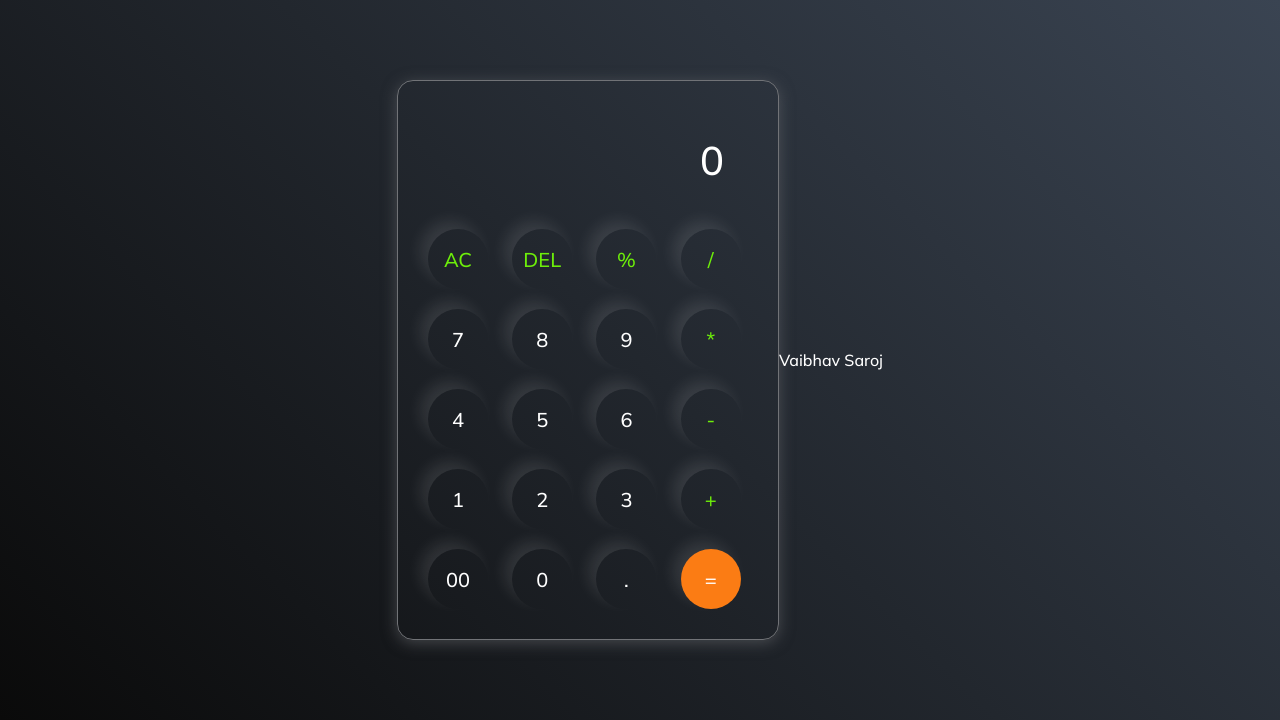
Repository: vaibhav1281/Calculator
Page: index.html
These files come from the project's save history. The page is drawn as it stood at one moment and after the next save; the edit follows.
The browser window is 1280 px wide. The pictures show the whole page.

Above is the page before, as saved 2023-05-06 20:42:52.

After the next save:
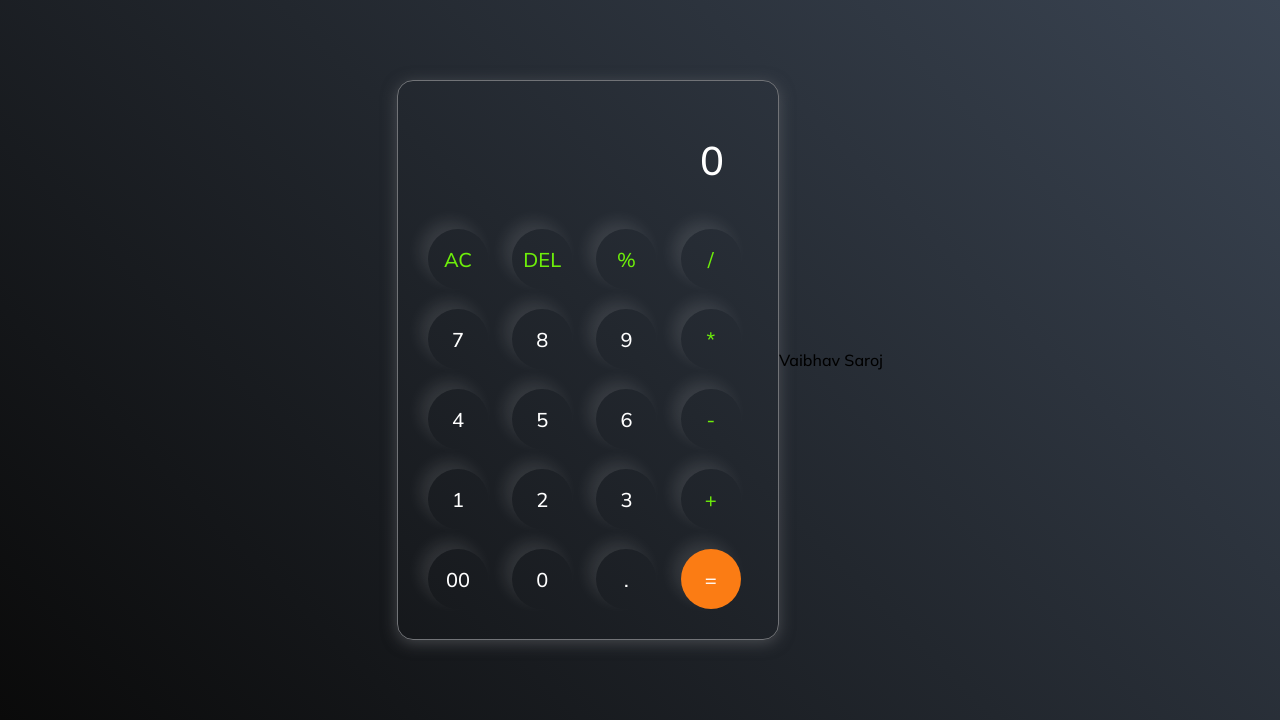
Saved 23 s later.
--- a/styles.css
+++ b/styles.css
@@ -55,7 +55,3 @@ button{
 .operator{
     color: #6dee0a;
 }
-.name{
-    color: white;
-    justify-content: end;
-}
